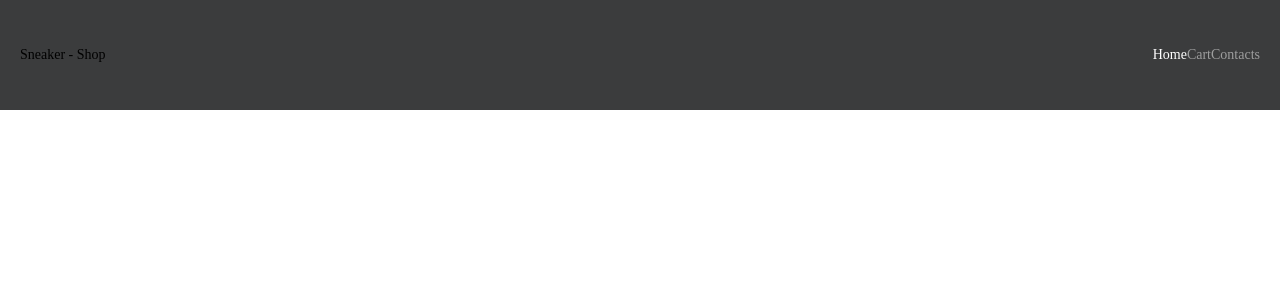
Repository: IstratiiNik/sneaker-shop
Page: /
These files come from the project's save history. The page is drawn as it stood at one moment and after the next save; the edit follows.
The browser window is 1280 px wide. The pictures show the whole page.
The project was rebuilt for these pictures with package versions that can differ from the ones it lists, and the page was loaded fresh each time. Also part of the build but not shown: vite.config.js.

Above is the page before, as saved 2025-07-01 13:45:53.

### index.html
<!DOCTYPE html>
<html lang="en">
  <head>
    <meta charset="UTF-8" />
    <link rel="icon" type="image/svg+xml" href="/vite.svg" />
    <link rel="preconnect" href="https://fonts.googleapis.com" />
    <link rel="preconnect" href="https://fonts.gstatic.com" crossorigin />
    <link
      href="https://fonts.googleapis.com/css2?family=Montserrat:ital,wght@0,100..900;1,100..900&family=Red+Hat+Display:ital,wght@0,300..900;1,300..900&display=swap"
      rel="stylesheet"
    />
    <meta name="viewport" content="width=device-width, initial-scale=1.0" />
    <title>Sneaker Shop</title>
  </head>
  <body>
    <div id="root"></div>
    <script type="module" src="/src/main.jsx"></script>
  </body>
</html>

### src/App.jsx
import Header from "./components/Header/Header";
import "./App.css";

function App() {
  return <Header />;
}

export default App;

### src/components/Header/Header.jsx
import React from "react";
import { NavLink } from "react-router-dom";
import styles from "./Header.module.scss";

const Header = () => {
  return (
    <header className={styles.header}>
      <div className={styles.container}>
        <h1>Sneaker - Shop</h1>
        <nav className={styles.nav}>
          <NavLink
            to="/"
            style={({ isActive }) => ({
              color: isActive ? "#FFFFFF" : "#FFFFFF80",
            })}
          >
            Home
          </NavLink>
          <NavLink
            to="/cart"
            style={({ isActive }) => ({
              color: isActive ? "#FFFFFF" : "#FFFFFF80",
            })}
          >
            Cart
          </NavLink>
          <NavLink
            to="/contacts"
            style={({ isActive }) => ({
              color: isActive ? "#FFFFFF" : "#FFFFFF80",
            })}
          >
            Contacts
          </NavLink>
        </nav>
      </div>
    </header>
  );
};

export default Header;

### src/App.css
@import "reset.css";

#root {
  margin: 0 auto;
}

### src/components/Header/Header.module.scss
.header {
  background-color: rgb(59, 60, 61);
  height: 110px;
  width: 100%;
}
.container {
  max-width: 1420px;
  margin: 0 auto;
  height: 100%;
  display: flex;
  align-items: center;
  justify-content: space-between;
  padding: 0 20px;

  h1{

  }
}

.nav {
}

### src/reset.css
@charset "UTF-8";
/*Обнуление*/
* {
  padding: 0;
  margin: 0;
  border: 0;
}

*,
*:before,
*:after {
  -webkit-box-sizing: border-box;
  box-sizing: border-box;
}

:focus,
:active {
  outline: none;
}

a:focus,
a:active {
  outline: none;
}

nav,
footer,
header,
aside {
  display: block;
}

html,
body {
  height: 100%;
  width: 100%;
  font-size: 100%;
  line-height: 1;
  font-size: 14px;
  -ms-text-size-adjust: 100%;
  -moz-text-size-adjust: 100%;
  -webkit-text-size-adjust: 100%;
}

input,
button,
textarea {
  font-family: inherit;
}

input::-ms-clear {
  display: none;
}

button {
  cursor: pointer;
}

button::-moz-focus-inner {
  padding: 0;
  border: 0;
}

a,
a:visited {
  text-decoration: none;
}

a:hover {
  text-decoration: underline;
}

ul li {
  list-style: none;
}

img {
  vertical-align: top;
}

h1,
h2,
h3,
h4,
h5,
h6 {
  font-size: inherit;
  font-weight: inherit;
}

/*--------------------*/

Loaded but not shown: src/main.jsx (common file)

After the next save:
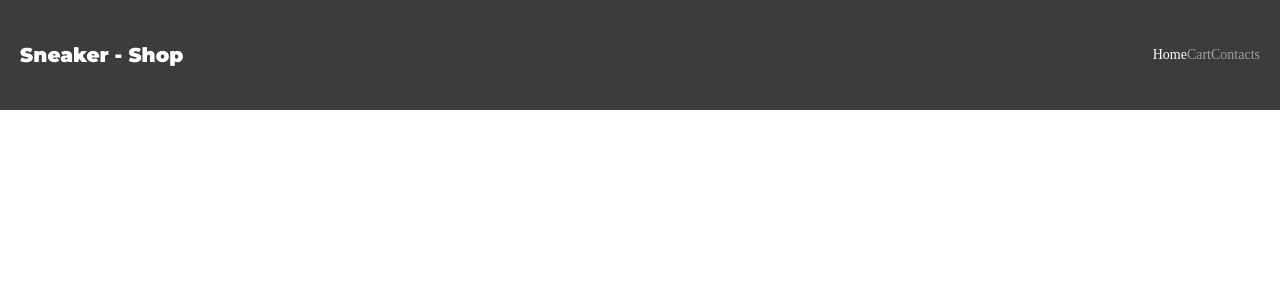
Saved 20 s later.
--- a/src/components/Header/Header.module.scss
+++ b/src/components/Header/Header.module.scss
@@ -12,8 +12,14 @@
   justify-content: space-between;
   padding: 0 20px;
 
-  h1{
-
+  h1 {
+    color: rgb(255, 255, 255);
+    font-family: Montserrat;
+    font-size: 20px;
+    font-weight: 900;
+    line-height: 24px;
+    letter-spacing: 0%;
+    text-align: left;
   }
 }
 
